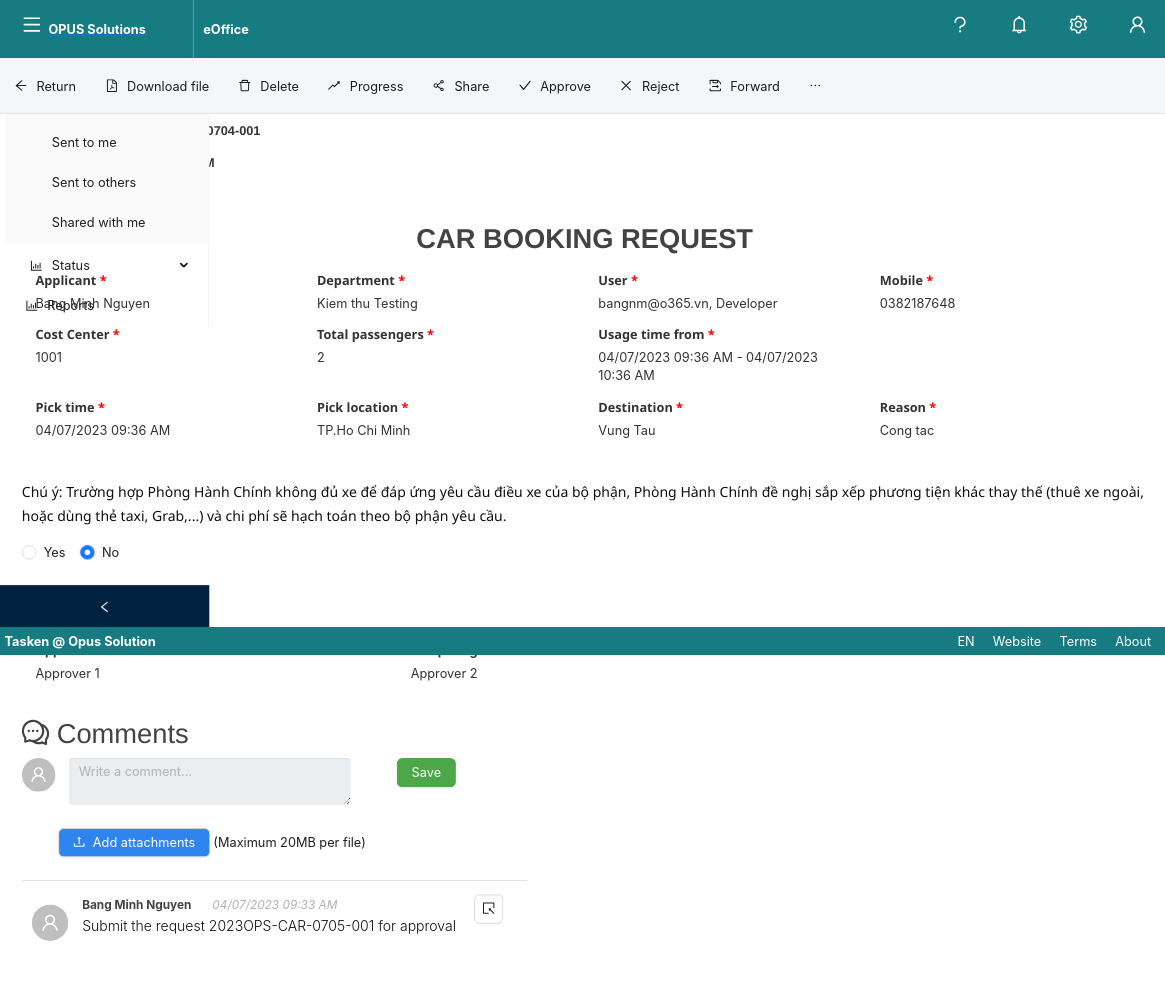
Repository: vannam272008/car-booking
Page: /request/detail
The author's editor kept a copy of each file at every save. The page is drawn from the files as they stood at one save, then again after the next save.
The browser window is 1280 px wide. The pictures show the whole page, at 91% of full size.
The project was rebuilt for these pictures with package versions that can differ from the ones it lists, and the page was loaded fresh each time. Also part of the build but not shown: src/Pages/ManageRequest/index.css, src/Pages/ManageRequest/ManageRequest.tsx, src/Components/AddRequest/MenuAdd/menuAdd.tsx, src/Components/AddRequest/SendApprover/sendApprover.css, src/Components/AddRequest/SendApprover/sendApprover.tsx, src/Components/AddRequest/AddRequest/addRequest.css, src/Components/AddRequest/AddRequest/addRequest.tsx. Imported but missing from the stored project, and not drawn on this page: src/Pages/Home.

Above is the page before, as saved 2023-07-10 16:01:13.

After the next save:
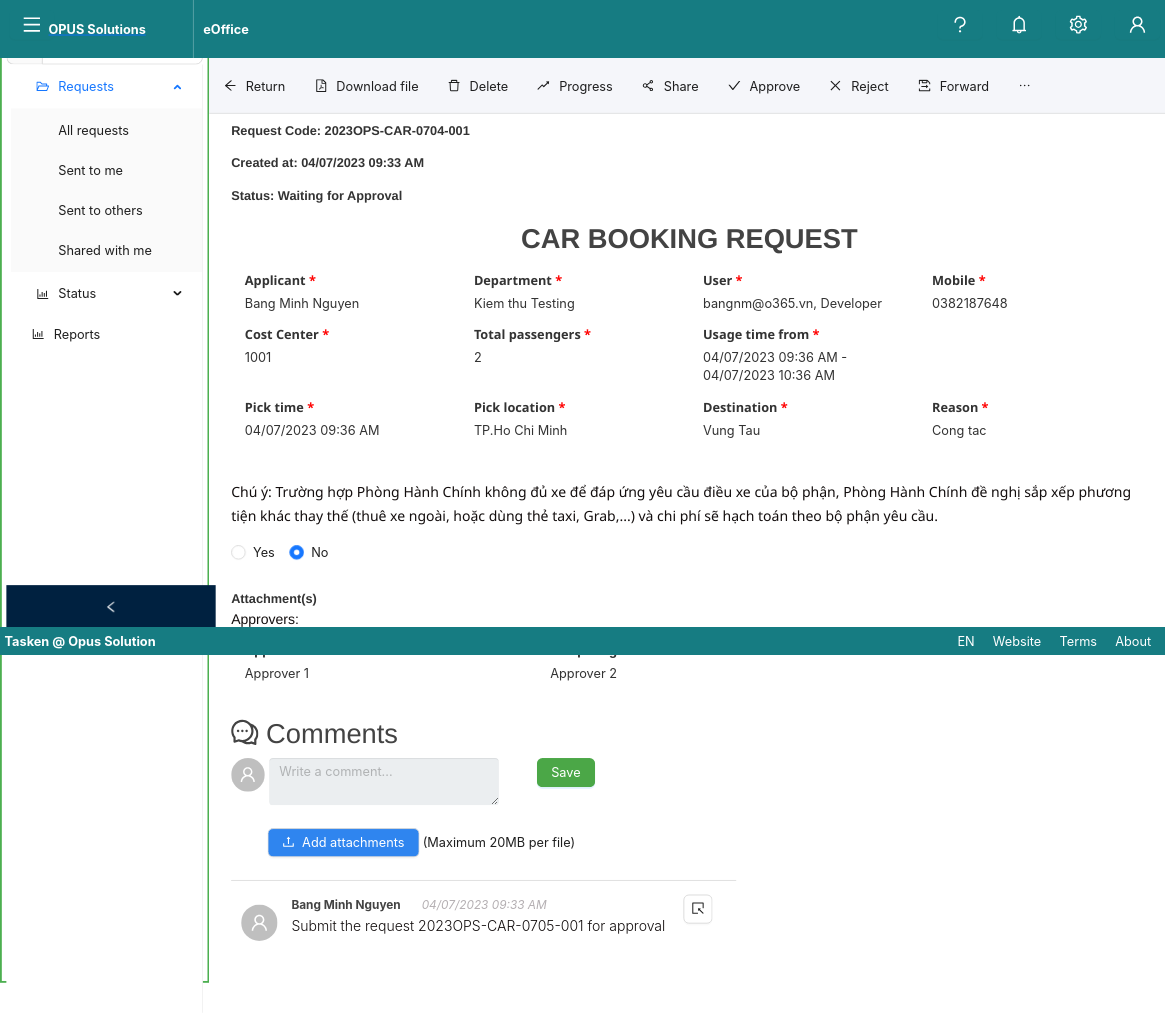
Saved 105 s later.
--- a/src/Components/AppSider/AppSider.scss
+++ b/src/Components/AppSider/AppSider.scss
@@ -7,10 +7,12 @@
                 // position: sticky;
                 // left: 0;
                 // margin-top: 50px;
-                position: fixed;
-                top: 0;
-                left: 0;
-                width: 100%;
+                position: -webkit-sticky;
+  position: sticky;
+  top: 0;
+  padding: 5px;
+  background-color: #cae8ca;
+  border: 2px solid #4CAF50;
         }
 
         & .ant-layout-sider-children {}
